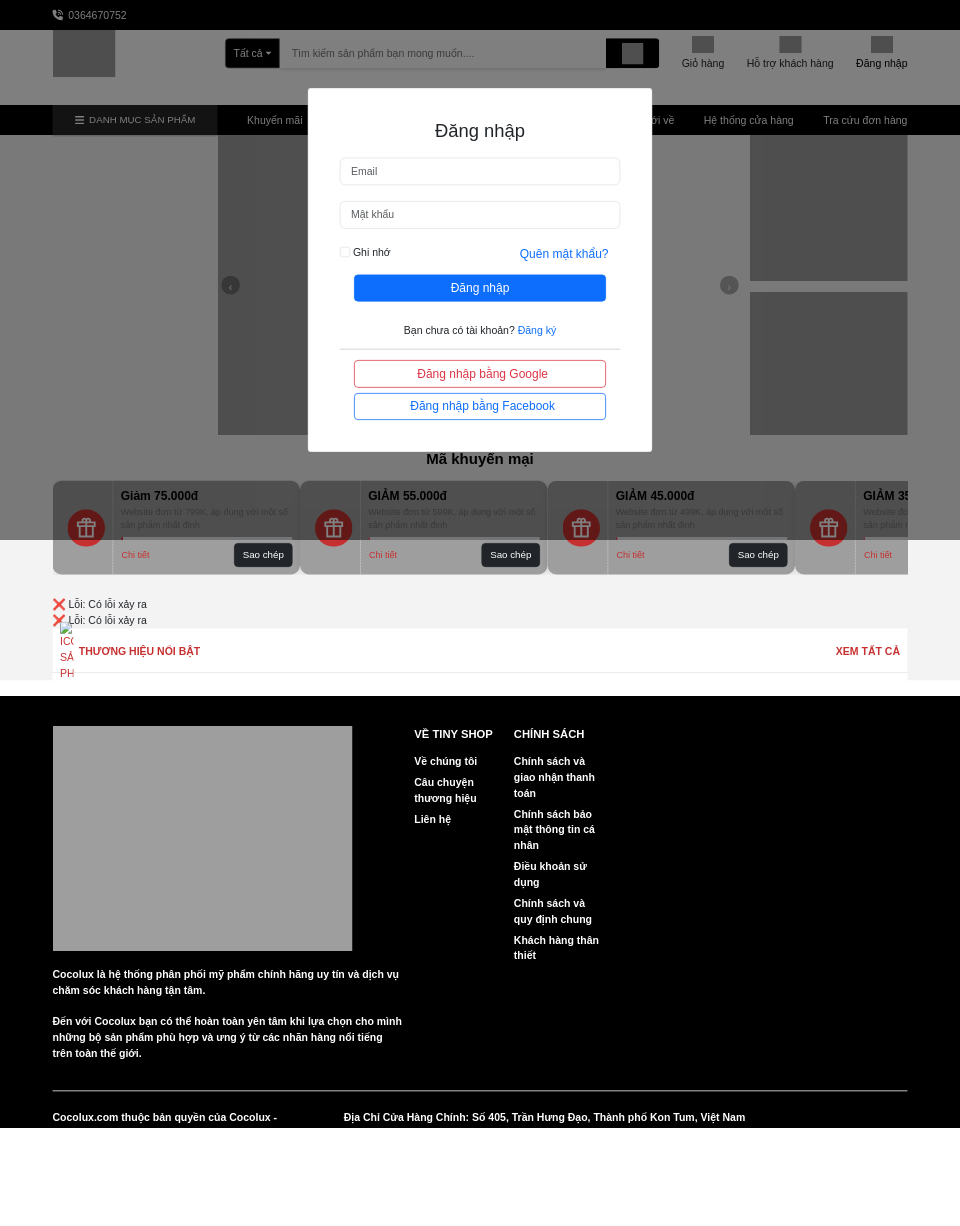
Repository: zzalobeiuzz/website_banmypham
Page: / (app in frontend/), after clicking the first element matching `button.login-button`
The author's editor kept a copy of each file at every save. The page is drawn from the files as they stood at one save, then again after the next save.
The browser window is 1280 px wide. The pictures show the whole page, at 75% of full size.
Pictures or frames that could not be fetched are drawn as grey boxes. The page's requests for data from a server got no answer. The project was rebuilt for these pictures with package versions that can differ from the ones it lists, and the page was loaded fresh each time. No one was signed in, and anything a server would have sent is missing. Also part of the build but not shown: frontend/craco.config.js, frontend/src/pages/NotFoundPage/NotFoundPage.js, frontend/src/components/ProtectedRoute.js, frontend/src/components/small/wizardForm.scss, frontend/src/components/small/WizardForm.js, frontend/src/components/signup.js, frontend/src/pages/user/profilePage/profile_page.js, frontend/src/components/small/Forgot/ResetPasswordForm.js and 15 more.

Above is the page before, as saved 2025-07-15 21:12:56.

### frontend/public/index.html
<!DOCTYPE html>
<html lang="en">
<head>
  <meta charset="UTF-8" />
  <meta name="viewport" content="width=device-width, initial-scale=1" />
  <title>React App</title>
</head>
<body>
  <script src="https://unpkg.com/quagga@0.12.1/dist/quagga.min.js"></script>
  <div id="root"></div>
</body>
</html>

### frontend/src/styles/style.scss
@import "pages/all";
@import "pages/responsive";

### frontend/src/styles/pages/_all.scss
@use "sass:map";
@import "theme";
@import "responsive";

/* styles.css hoặc styles.scss */
html,
body {
    margin: 0;

    span,
    li {
        -webkit-user-select: text;
        /* cho Safari */
        user-select: text;
    }

    button img {
        -webkit-user-select: none;
        /* cho Safari */
        user-select: none;
    }
}

* {
    font-family: "Be Vietnam Pro", sans-serif;
    padding: 0;
    margin: 0;
    font-size: 14px;
}

@include Responsive($MEDIUM_DEVICE) {}

main {
    background-color: #f3f3f3;
}

### frontend/src/styles/pages/_theme.scss
$theme-color: (
  "main": rgb(0, 0, 0),
  "font_color": rgb(255, 255, 255),
);

### frontend/src/styles/pages/_responsive.scss
$DESKTOP: "DESKTOP";
$MEDIUM_DEVICE: "MEDIUM_DEVICE";
$TABLET_DEVICE: "TABLET_DEVICE";
$WIDE_MOBILE: "WIDE_MOBILE";
$SMAILL_DEVICE: "SMAILL_DEVICE";

@mixin Responsive($canvas) {
    @if $canvas ==$DESKTOP {
        @media only screen and (min-width:1200px) {
            @content
        }
    }

    @else if $canvas == $MEDIUM_DEVICE {
        @media only screen and (min-width:992px) and (max-width : 1199px){
            @content
        }
    }
    @else if $canvas == $TABLET_DEVICE {
        @media only screen and (min-width:768px) and (max-width : 991px){
            @content
        }
    }
    @else if $canvas == $WIDE_MOBILE {
        @media only screen and (max-width : 767px){
            @content
        }
    }
    @else if $canvas == $SMAILL_DEVICE {
        @media only screen and (max-width : 575px){
            @content
        }
    }
}

### frontend/src/components/auth.scss
//=================================CSS POPUP ĐĂNG NHẬP========================================
.popup-overlay {
  position: fixed;
  inset: 0;
  background-color: rgba(0, 0, 0, 0.5);
  z-index: 9999;
  display: flex;
  justify-content: center;
  align-items: center;

  .popup-wrapper {
    width: 90%;
    max-width: 460px;
    height: auto; // <-- nên để auto hoặc max-height thay vì height: 90%
    max-height: 90vh;
  }
}

.login-section {
  background: #fff;
  border-radius: 1rem;
  position: relative;
  color: #000;
  -webkit-user-select: none;
  /* ✅ Safari & iOS */
  -moz-user-select: none;
  /* ✅ Firefox cũ */
  -ms-user-select: none;
  /* ✅ IE, Edge cũ */
  user-select: none;
  /* ✅ Browser chuẩn */

  form {
    img {
      position: absolute;
      right: 15px;
      top: 50%;
      transform: translateY(-50%);
      cursor: pointer;
      width: 24px;
      height: 24px;
      opacity: 0.7;

    }

    .form-check {
      #rememberMe {
        border: 2px solid #7DA6E3;
      }
    }

    input {
      font-size: 14px;
    }

    button {
      width: 90%;
      font-size: 16px;
    }

    .btn-login {
      background-color: #000;
      border: 1px solid #000;
      transition: color 0.3s, background-color 0.3s;

      &:hover {
        color: #000;
        background-color: #fff;
      }
    }

    .btn-google {
      background-color: #dd4b39;
      color: #fff;
      width: 100%;
    }

    .btn-facebook {
      background-color: #3b5998;
      color: #fff;
      width: 100%;
    }
  }
}

.card-body .form-label {
  color: #fff;
}

a.link-primary {
  color: #fff;

  &:hover {
    text-decoration: underline;
  }
}

input[type="password"]::-ms-reveal,
input[type="password"]::-ms-clear {
  display: none;
}

input[type="password"]::-webkit-credentials-auto-fill-button {
  display: none !important;
}

input[type="password"]::-webkit-textfield-decoration-container {
  display: none !important;
}

//==========================SIGNUP============================
.sign-up {
  margin-right: 0 !important;
  padding-right: 0 !important;
  width: 100%;
  height: 100vh;

  .video-bg {
    position: absolute;
    top: 50%;
    left: 40%;
    transform: translate(-50%, -50%);
    object-fit: cover;
    width: 90%;
    height: 100vh;
    pointer-events: none;
  }

  .container {
    background-color: #E4E2D5;
    margin: 0;
    width: 51%;
    position: fixed;
    right: 0;
    top: 0;
    height: 100vh;

    .row {
      display: flex;
      flex-direction: row;
      align-items: center;
      justify-content: center;
      height: 100vh;

      .welcome,
      .form-signup {
        -webkit-user-select: none;
        /* ✅ Safari & iOS */
        -moz-user-select: none;
        /* ✅ Firefox cũ */
        -ms-user-select: none;
        /* ✅ IE, Edge cũ */
        user-select: none;
        /* ✅ Browser chuẩn */
        height: 80vh;
        width: 50%;
      }

      .form-signup {
        .card {
          height: 100%;
        }
      }

      .welcome {
        color: #6B7B8C;

        ul {
          list-style: none;
          padding-left: 40px;
          width: 80%;

          li {
            text-align: start;
            display: flex;
            flex-direction: row;
            justify-content: flex-start;
            margin-bottom: 10px;
            gap: 8px;

            img {
              width: 10%;
              height: 10%;
            }
          }
        }

        .h3 {
          font-family: Cambria, Cochin, Georgia, Times, 'Times New Roman', serif;
          font-weight: bold;
        }
      }
    }
  }
}

### frontend/src/pages/NotFoundPage/style.scss
@import url('https://fonts.googleapis.com/css?family=Nunito+Sans');

:root {
  --blue: #0e0620;
  --white: #fff;
  --green: #2ccf6d;
}

html,
body {

  height: 100%;
  -webkit-user-select: none;
  /* ✅ Safari & iOS */
  -moz-user-select: none;
  /* ✅ Firefox cũ */
  -ms-user-select: none;
  /* ✅ IE, Edge cũ */
  user-select: none;
  /* ✅ Browser chuẩn */
}

.lost-page {
    background-color: #F3F3F3;
  display: flex;
  align-items: center;
  justify-content: center;
  font-family: "Nunito Sans";
  color: var(--blue);
  font-size: 1em;
  width: 100%;
  height: 100vh;

  button {
    font-family: "Nunito Sans";
  }

  ul {
    list-style-type: none;
    padding-inline-start: 35px;
  }

  svg {
    width: 100%;
    visibility: visible;
  }

  h1 {
    font-size: 7.5em;
    margin: 15px 0px;
    font-weight: bold;
  }

  h2 {
    font-weight: bold;
  }

  .hamburger-menu {
    position: absolute;
    top: 0;
    left: 0;
    padding: 35px;
    z-index: 2;

    button {
      position: relative;
      width: 30px;
      height: 22px;
      border: none;
      background: none;
      padding: 0;
      cursor: pointer;

      span {
        position: absolute;
        height: 3px;
        background: #000;
        width: 100%;
        left: 0px;
        top: 0px;
        transition: 0.1s ease-in;

        &:nth-child(2) {
          top: 9px;
        }
        &:nth-child(3) {
          top: 18px;
        }
      }

      &[data-state="open"] {
        span {
          &:first-child {
            transform: rotate(45deg);
            top: 10px;
          }
          &:nth-child(2) {
            width: 0%;
            opacity: 0;
          }
          &:nth-child(3) {
            transform: rotate(-45deg);
            top: 10px;
          }
        }
      }
    }
  }

  nav {
    position: absolute;
    height: 100%;
    top: 0;
    left: 0;
    background: var(--green);
    color: var(--blue);
    width: 300px;
    z-index: 1;
    padding-top: 80px;
    transform: translateX(-100%);
    transition: 0.24s cubic-bezier(0.52, 0.01, 0.8, 1);

    li {
      transform: translateX(-5px);
      transition: 0.16s cubic-bezier(0.44, 0.09, 0.46, 0.84);
      opacity: 0;
    }

    a {
      display: block;
      font-size: 1.75em;
      font-weight: bold;
      text-decoration: none;
      color: inherit;
      transition: 0.24s ease-in-out;

      &:hover {
        text-decoration: none;
        color: var(--white);
      }
    }

    &[data-state="open"] {
      transform: translateX(0%);

      ul {
        li:nth-child(1) {
          transition-delay: 0.16s;
          transform: translateX(0px);
          opacity: 1;
        }
        li:nth-child(2) {
          transition-delay: 0.32s;
          transform: translateX(0px);
          opacity: 1;
        }
        li:nth-child(3) {
          transition-delay: 0.48s;
          transform: translateX(0px);
          opacity: 1;
        }
        li:nth-child(4) {
          transition-delay: 0.64s;
          transform: translateX(0px);
          opacity: 1;
        }
      }
    }
  }

  .btn {
    z-index: 1;
    overflow: hidden;
    background: transparent;
    position: relative;
    padding: 8px 50px;
    border-radius: 30px;
    cursor: pointer;
    font-size: 1em;
    letter-spacing: 2px;
    transition: 0.2s ease;
    font-weight: bold;
    margin: 5px 0px;

    &.green {
      border: 4px solid var(--green);
      color: var(--blue);

      &:before {
        content: "";
        position: absolute;
        left: 0;
        top: 0;
        width: 0%;
        height: 100%;
        background: var(--green);
        z-index: -1;
        transition: 0.2s ease;
      }

      &:hover {
        color: var(--white);
        background: var(--green);

        &:before {
          width: 100%;
        }
      }
    }
  }

  @media screen and (max-width: 768px) {
    display: block;

    .container {
      margin-top: 70px;
      margin-bottom: 70px;
    }
  }
}

### frontend/src/pages/user/theme/footer/footer.scss
.footer{
    background: #000;
    color: #fff;
    padding: 40px 0;
    font-size: 12px;
    height: 80vh;
    font-family: "BeVietnamPro", sans-serif;
    font-style: normal;
    font-weight: 600;
    display: flex;
}
.footer .container {
    padding: 0;
}
footer .footer-top {
    display: grid;
    grid-template-columns: auto auto auto auto auto;
    grid-gap: 15px;
    padding-bottom: 25px;
    border-bottom: 1px solid #fff;
    margin-bottom: 25px;
}
p {
    margin-top: 0;
    margin-bottom: 1rem;
}
footer p.title {
    font-weight: 700;
    font-size: 15px;
    text-transform: uppercase;
    margin-bottom: 15px;
}
footer a {
    display: block;
}
body a {
    cursor: pointer;
    color: inherit;
    text-decoration: none;
    transition: 0.1s ease-in-out;
}

.footer .footer-bottom {
    display: grid;
    grid-template-columns: auto auto auto auto;
    grid-gap: 50px;
}

.footer .title-2{
    font-size: 14px;
}

//------------------------------------
// // Định nghĩa animation
// @keyframes fadeInUp {
//     0% {
//       opacity: 0;
//       transform: translateY(50px);
//     }
//     100% {
//       opacity: 1;
//       transform: translateY(0);
//     }
//   }

//   .header {
//     opacity: 0; // Bắt đầu với độ mờ
//     transition: opacity 1s ease-in-out;
//     &.in-view {
//       animation: fadeInUp 1s ease-in-out forwards;
//     }
//   }

### frontend/src/components/small/LoginForm.js
import React, { useState } from "react";
import '../auth.scss';
import { UPLOAD_BASE } from "../../constants";

const LoginForm = ({ email, setEmail, password, setPassword, onSubmit, switchToForgot }) => {
  const [showPassword, setShowPassword] = useState(false);

  const toggleShowPassword = () => {
    setShowPassword((prev) => !prev);
  };

  return (
    <form onSubmit={onSubmit}>
      {/* Email */}
      <div className="form-outline mb-4">
        <input
          type="email"
          className="form-control form-control-lg"
          placeholder="Email"
          value={email}
          onChange={(e) => setEmail(e.target.value)}
          required
        />
      </div>

      {/* Mật khẩu */}
      <div className="form-outline mb-4 position-relative">
        <input
          type={showPassword ? "text" : "password"}
          className="form-control form-control-lg"
          placeholder="Mật khẩu"
          value={password}
          onChange={(e) => setPassword(e.target.value)}
          required
        />
        {/* Icon chỉ hiện khi có giá trị */}
        {password && (
          <img
            src={showPassword ? "/assets/icons/icons8-hide-64.png" : "/assets/icons/icons8-eye-48.png"}
            alt="toggle visibility"
            onClick={toggleShowPassword}

          />
        )}
      </div>

      {/* Nhớ mật khẩu + Quên mật khẩu */}
      <div className="d-flex justify-content-between mb-3">
        <div>
          <input type="checkbox" id="remember" className="form-check-input" />
          <label htmlFor="remember" className="form-check-label ms-1">Ghi nhớ</label>
        </div>
        <button
          type="button"
          onClick={switchToForgot}
          className="btn btn-link p-0 text-decoration-none"
          style={{ width: "40%" }}
        >
          Quên mật khẩu?
        </button>
      </div>

      {/* Nút đăng nhập */}
      <button type="submit" className="btn btn-primary mb-3">Đăng nhập</button>

      {/* Đăng ký */}
      <div className="text-center mt-3">
        <span>Bạn chưa có tài khoản? </span>
        <a href="/signup" className="text-decoration-none text-primary">
          Đăng ký
        </a>
      </div>

      {/* Đăng nhập bằng MXH */}
      <hr className="my-3" />
      <button
        type="button"
        className="btn btn-outline-danger mb-2"
        onClick={() => alert("👉 Tích hợp Google ở đây")}
      >
        <i className="fab fa-google me-2"></i> Đăng nhập bằng Google
      </button>

      <button
        type="button"
        className="btn btn-outline-primary"
        onClick={() => alert("👉 Tích hợp Facebook ở đây")}
      >
        <i className="fab fa-facebook-f me-2"></i> Đăng nhập bằng Facebook
      </button>
    </form>
  );
};

export default LoginForm;

Loaded but not shown: frontend/src/pages/user/theme/header/header.js (317 lines, source omitted); frontend/src/pages/user/homePage/components/selection.js (270 lines, source omitted); frontend/src/components/LoginPopup.js (174 lines, source omitted); frontend/src/pages/user/homePage/components/voucher.js (115 lines, source omitted); frontend/src/pages/user/theme/footer/footer.js (80 lines, source omitted); frontend/src/pages/user/homePage/components/banner.js (112 lines, source omitted); frontend/src/router.js (87 lines, source omitted); frontend/src/hooks/useHttp.js (63 lines, source omitted); frontend/src/utils/router.js (28 lines, source omitted); frontend/src/pages/user/theme/masterLayout/masterLayout.js.js (19 lines, source omitted); frontend/src/pages/user/homePage/home_page.js (18 lines, source omitted); frontend/src/index.js (16 lines, source omitted); frontend/src/pages/user/homePage/components/index.js (5 lines, source omitted); frontend/src/pages/user/homePage/components/top_brand.js (12 lines, source omitted); frontend/src/pages/user/homePage/components/hot_product.js (11 lines, source omitted); frontend/src/pages/user/homePage/components/flash_sale.js (12 lines, source omitted); frontend/src/constants.js (5 lines, source omitted); frontend/src/pages/user/homePage/components/componets.scss (425 lines, source omitted); frontend/src/pages/user/theme/header/header.scss (463 lines, source omitted)

After the next save:
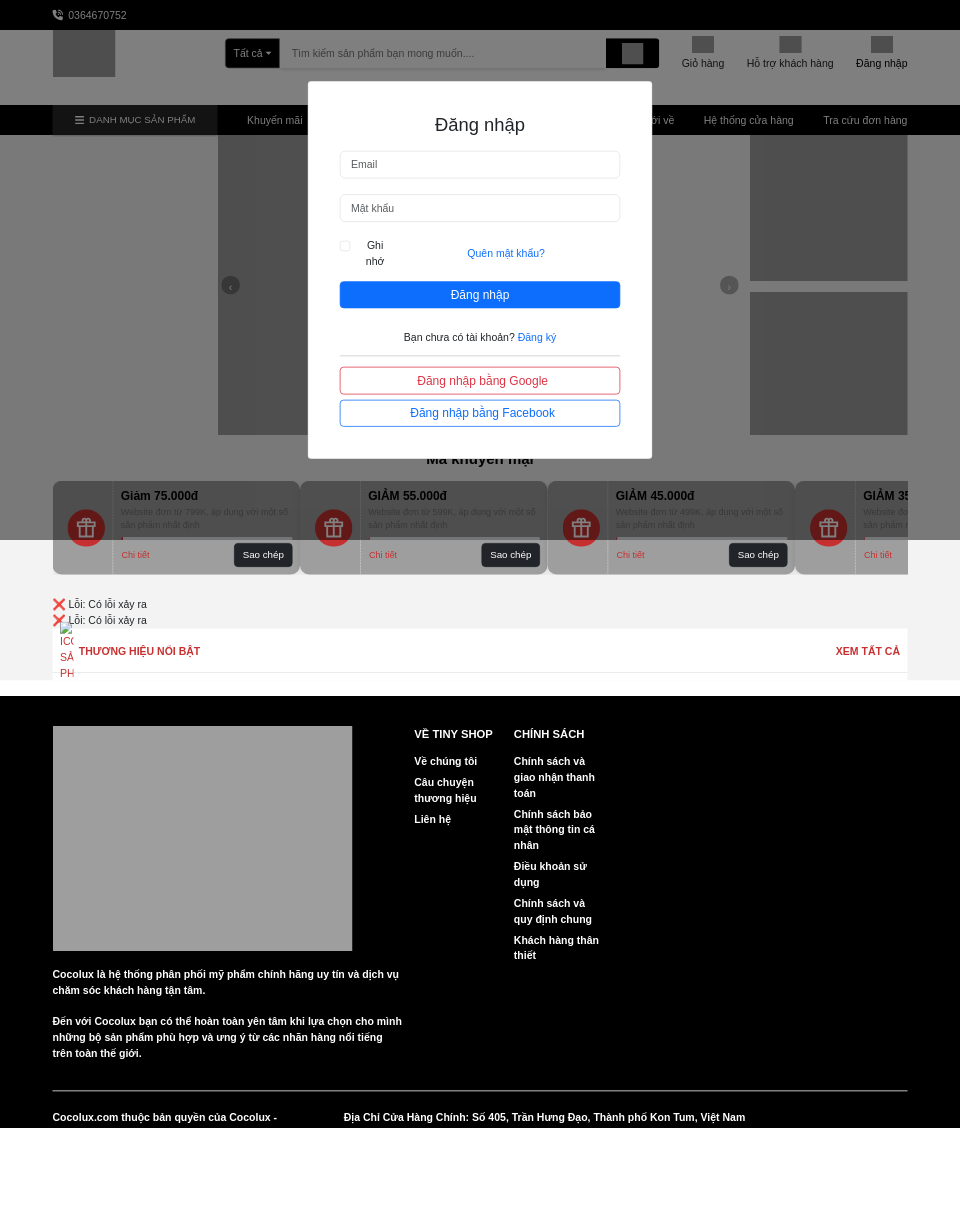
Saved 74 s later.
--- a/frontend/src/components/small/LoginForm.js
+++ b/frontend/src/components/small/LoginForm.js
@@ -1,5 +1,5 @@
 import React, { useState } from "react";
-import '../auth.scss';
+import "../auth.scss";
 import { UPLOAD_BASE } from "../../constants";
 
 const LoginForm = ({ email, setEmail, password, setPassword, onSubmit, switchToForgot }) => {
@@ -33,20 +33,32 @@ const LoginForm = ({ email, setEmail, password, setPassword, onSubmit, switchToF
           onChange={(e) => setPassword(e.target.value)}
           required
         />
-        {/* Icon chỉ hiện khi có giá trị */}
         {password && (
           <img
-            src={showPassword ? "/assets/icons/icons8-hide-64.png" : "/assets/icons/icons8-eye-48.png"}
+            src={
+              showPassword
+                ? `${UPLOAD_BASE}/assets/icons/icons8-hide-64.png`
+                : `${UPLOAD_BASE}/assets/icons/icons8-eye-48.png`
+            }
             alt="toggle visibility"
             onClick={toggleShowPassword}
-
+            className="toggle-password-icon"
+            style={{
+              position: "absolute",
+              top: "50%",
+              right: "10px",
+              transform: "translateY(-50%)",
+              cursor: "pointer",
+              width: "24px",
+              height: "24px",
+            }}
           />
         )}
       </div>
 
       {/* Nhớ mật khẩu + Quên mật khẩu */}
-      <div className="d-flex justify-content-between mb-3">
-        <div>
+      <div className="d-flex justify-content-between mb-3 align-items-center">
+        <div className="form-check">
           <input type="checkbox" id="remember" className="form-check-input" />
           <label htmlFor="remember" className="form-check-label ms-1">Ghi nhớ</label>
         </div>
@@ -54,14 +66,14 @@ const LoginForm = ({ email, setEmail, password, setPassword, onSubmit, switchToF
           type="button"
           onClick={switchToForgot}
           className="btn btn-link p-0 text-decoration-none"
-          style={{ width: "40%" }}
+          style={{ fontSize: "14px" }}
         >
           Quên mật khẩu?
         </button>
       </div>
 
       {/* Nút đăng nhập */}
-      <button type="submit" className="btn btn-primary mb-3">Đăng nhập</button>
+      <button type="submit" className="btn btn-primary w-100 mb-3">Đăng nhập</button>
 
       {/* Đăng ký */}
       <div className="text-center mt-3">
@@ -71,11 +83,12 @@ const LoginForm = ({ email, setEmail, password, setPassword, onSubmit, switchToF
         </a>
       </div>
 
-      {/* Đăng nhập bằng MXH */}
       <hr className="my-3" />
+
+      {/* Đăng nhập MXH */}
       <button
         type="button"
-        className="btn btn-outline-danger mb-2"
+        className="btn btn-outline-danger w-100 mb-2"
         onClick={() => alert("👉 Tích hợp Google ở đây")}
       >
         <i className="fab fa-google me-2"></i> Đăng nhập bằng Google
@@ -83,7 +96,7 @@ const LoginForm = ({ email, setEmail, password, setPassword, onSubmit, switchToF
 
       <button
         type="button"
-        className="btn btn-outline-primary"
+        className="btn btn-outline-primary w-100"
         onClick={() => alert("👉 Tích hợp Facebook ở đây")}
       >
         <i className="fab fa-facebook-f me-2"></i> Đăng nhập bằng Facebook
